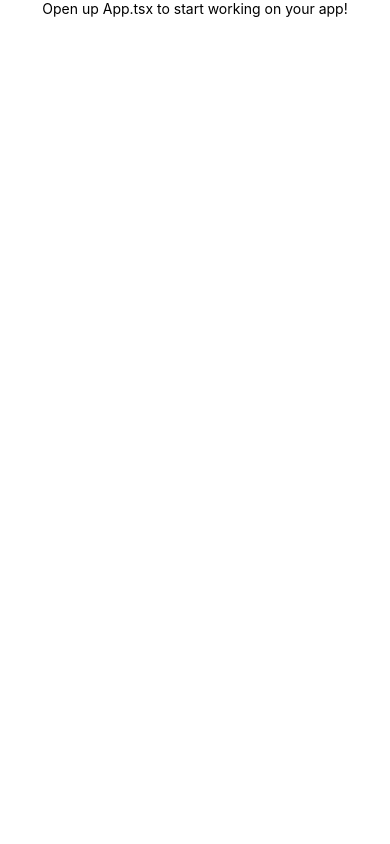
Repository: tramng2/ReactNative
Screen: / (app in euro-convert/)
An editor plug-in stored every save of this project. The screen is shown before and after the next save, followed by the edit.
The app was drawn by React Native's web renderer in a window 390 px wide. The project was rebuilt for these pictures with package versions that can differ from the ones it lists, and the page was loaded fresh each time.

Above is the screen before, as saved 2021-09-18 22:48:51.

After the next save:
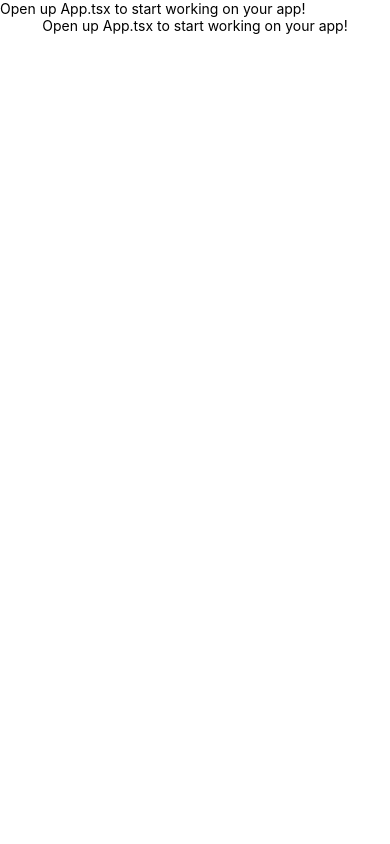
Saved 5 min 19 s later.
--- a/euro-convert/App.tsx
+++ b/euro-convert/App.tsx
@@ -6,6 +6,8 @@
 export default function App() {
   return (
     <View>
+      <Text>Open up App.tsx to start working on your app!</Text>
+
       <HomeScreen />
       <StatusBar style="auto" />
     </View>

After the save that followed:
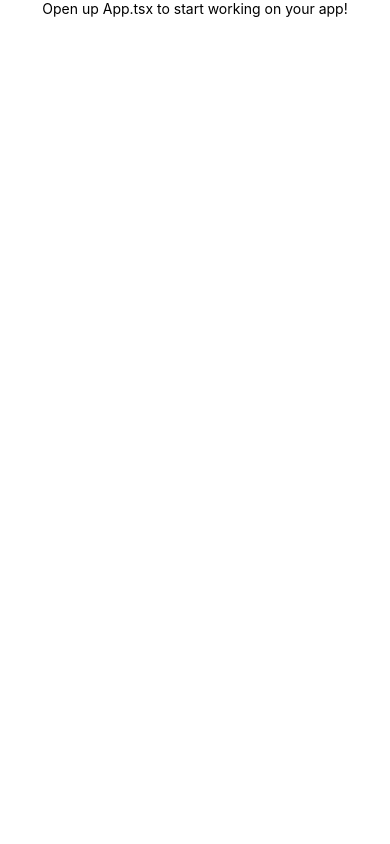
Saved 13 s later.
--- a/euro-convert/App.tsx
+++ b/euro-convert/App.tsx
@@ -6,8 +6,6 @@
 export default function App() {
   return (
     <View>
-      <Text>Open up App.tsx to start working on your app!</Text>
-
       <HomeScreen />
       <StatusBar style="auto" />
     </View>
